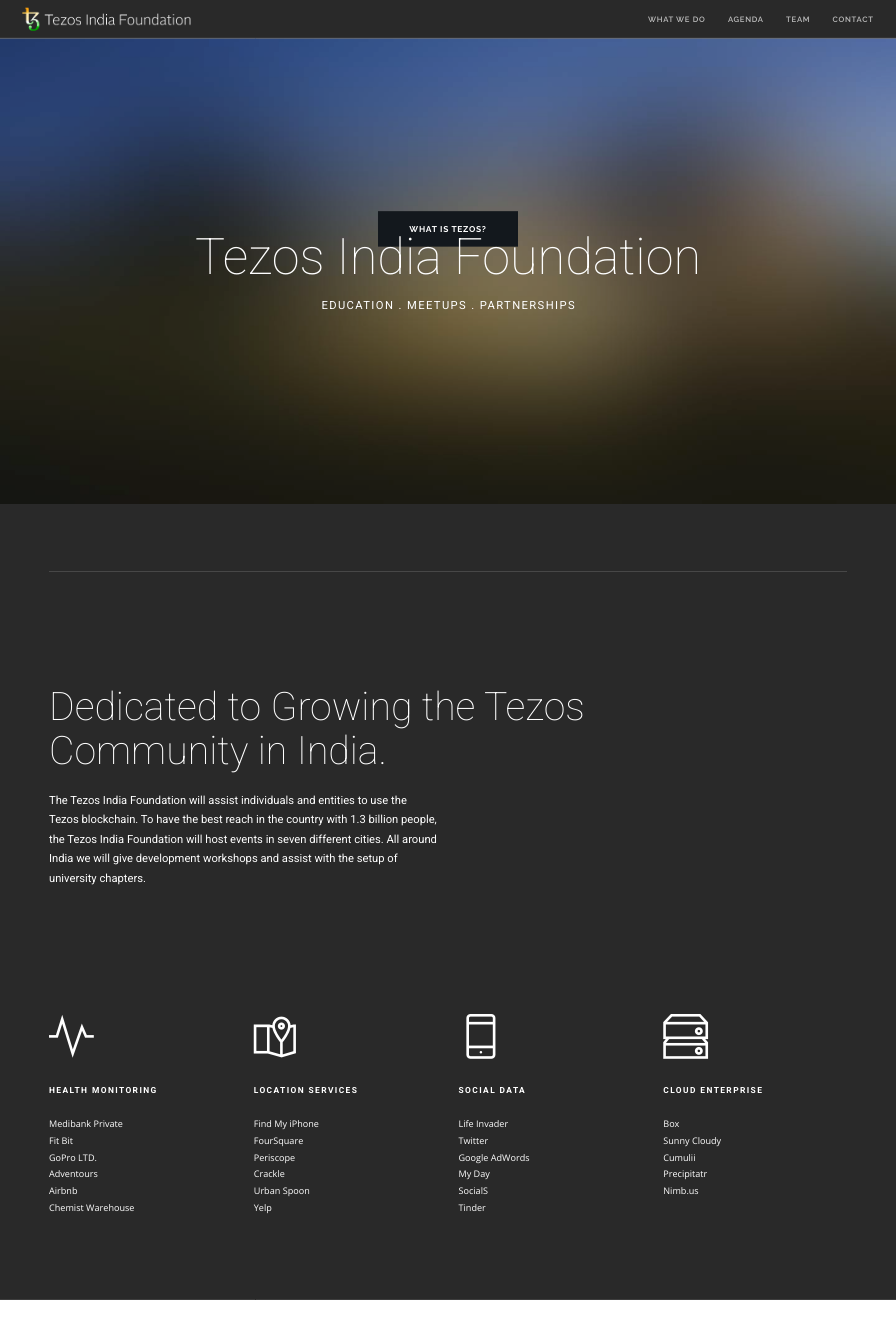
Repository: Tezos-India-Foundation/TIF-Website
Page: Tezos India Website/page.html
An editor plug-in stored every save of this project. The page is shown before and after the next save, followed by the edit.
The browser window is 1280 px wide. The pictures show the part of the page from y = 0 to 1920 px (the page is 4133 px tall), at 70% of full size.

Above is the page before, as saved 2019-08-06 15:25:21.

After the next save:
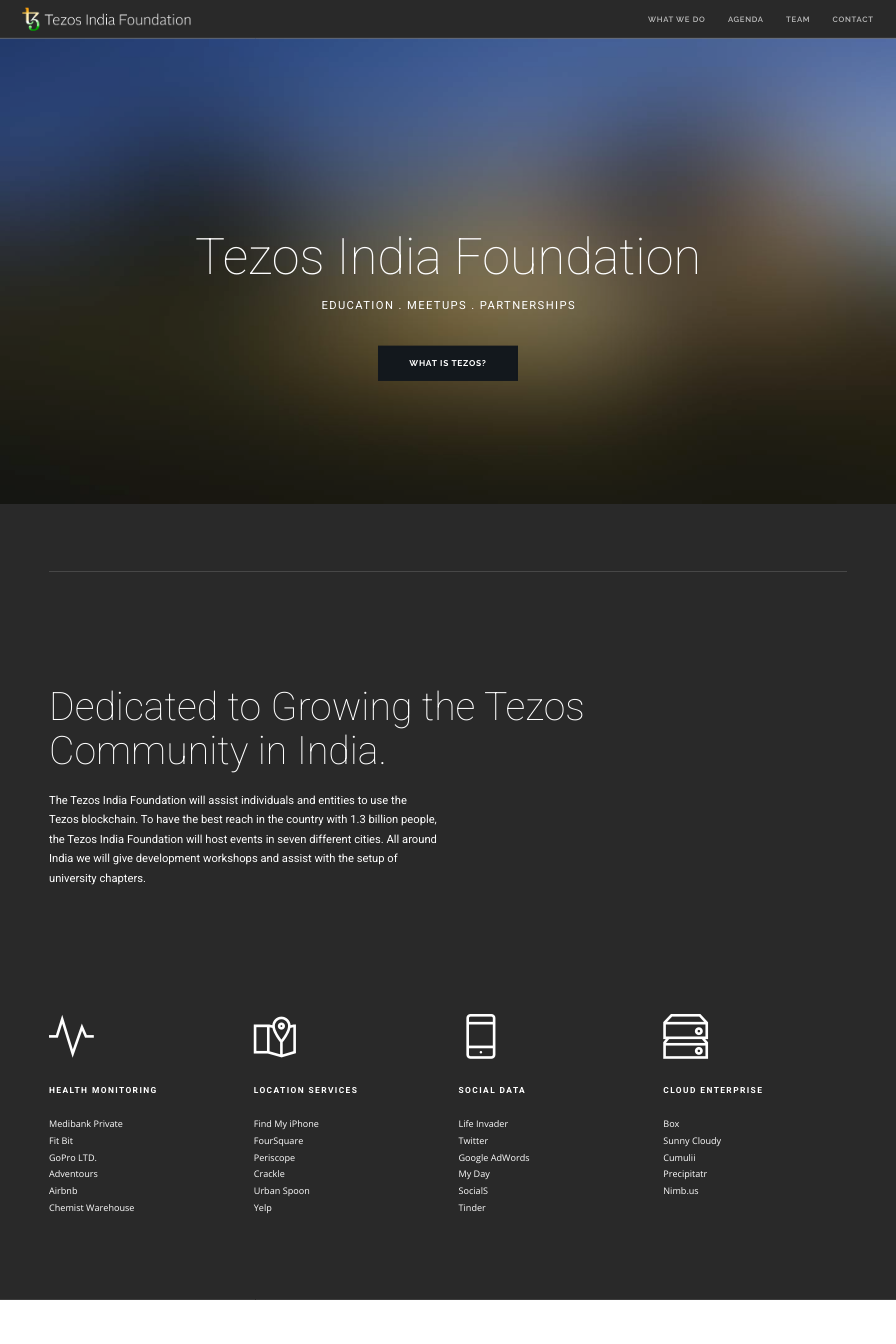
Saved 30 s later.
--- a/Tezos India Website/css/custom.css
+++ b/Tezos India Website/css/custom.css
@@ -1,5 +1,5 @@
 /****** PLACE YOUR CUSTOM STYLES HERE ******/
 
 #buttonslanding {
-    padding-bottom: 25%;
+    padding-bottom: 10%;
 }
